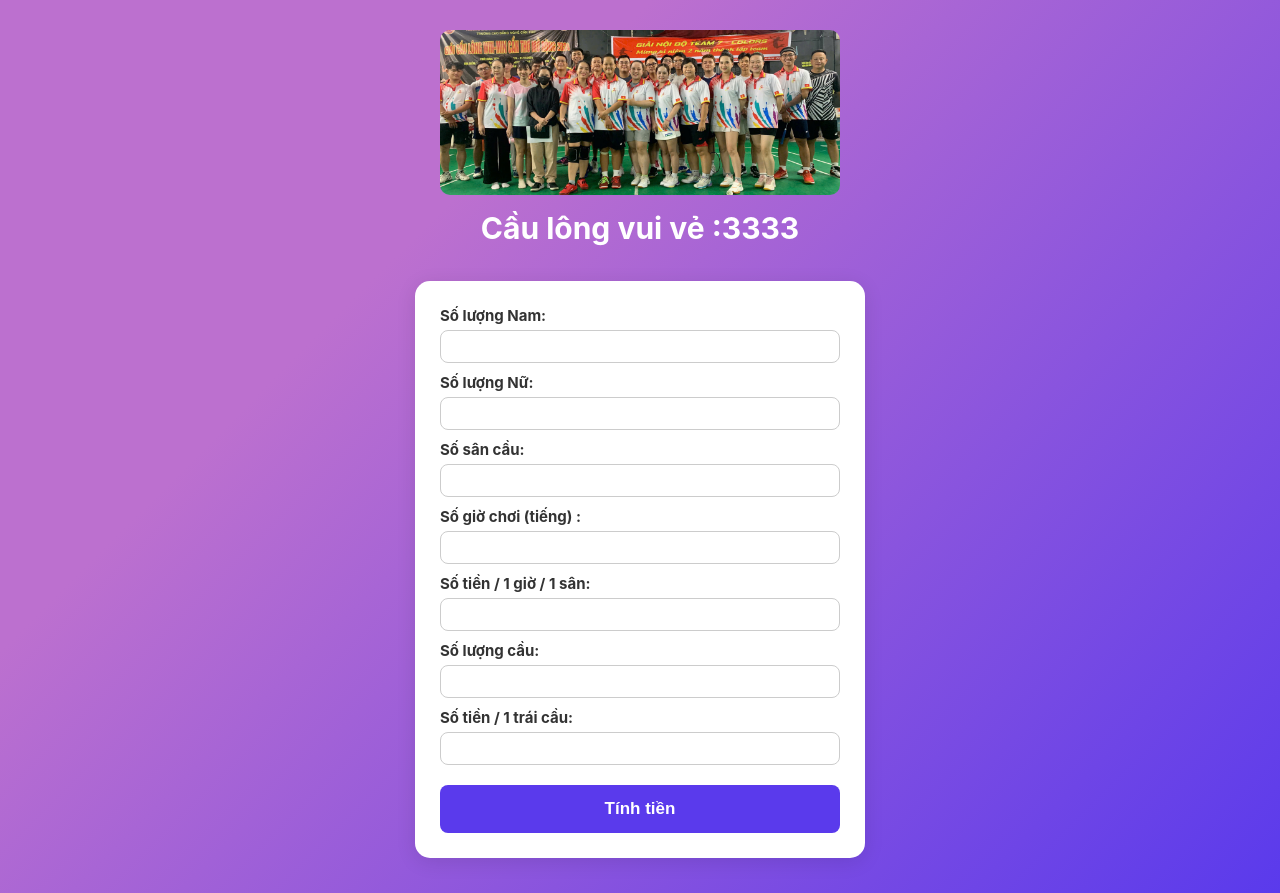
Repository: LuongPTCE181311/Badminton
Page: index.html
An editor plug-in stored every save of this project. The page is shown before and after the next save, followed by the edit.
The browser window is 1280 px wide. The pictures show the whole page.

Above is the page before, as saved 2025-12-08 01:00:20.

### index.html
<!DOCTYPE html>
<html lang="vi">

<head>
    <meta charset="UTF-8" />
    <meta name="viewport" content="width=device-width, initial-scale=1.0" />
    <title>Tính Tiền Sân Cầu Lông</title>
    <link rel="stylesheet" href="assets/css/style.css" />
</head>

<body>


    <div class="hero">
        <img src="assets/images/Caulongvuive.jpg" id="img" class="hero-img" alt="Group" />
        <h1 class="title">Cầu lông vui vẻ :3333</h1>
    </div>


    <div class="container">
        <form id="calcForm">


            <div class="form-group">
                <label>Số lượng Nam:</label>
                <input type="number" id="men" />
                <span class="error" id="men_err"></span>
            </div>


            <div class="form-group">
                <label>Số lượng Nữ:</label>
                <input type="number" id="women" />
                <span class="error" id="women_err"></span>
            </div>


            <div class="form-group">
                <label>Số sân cầu:</label>
                <input type="number" id="courts" />
                <span class="error" id="courts_err"></span>
            </div>


            <div class="form-group">
                <label>Số giờ chơi (tiếng) :</label>
                <input type="number" id="hours" />
                <span class="error" id="hours_err"></span>
            </div>


            <div class="form-group">
                <label>Số tiền / 1 giờ / 1 sân:</label>
                <input type="number" id="pricePerHour" />
                <span class="error" id="pricePerHour_err"></span>
            </div>


            <div class="form-group">
                <label>Số lượng cầu:</label>
                <input type="number" id="shuttleCount" />
                <span class="error" id="shuttleCount_err"></span>
            </div>


            <div class="form-group">
                <label>Số tiền / 1 trái cầu:</label>
                <input type="number" id="pricePerShuttle" />
                <span class="error" id="pricePerShuttle_err"></span>
            </div>


            <button type="button" id="calculateBtn" class="btn">Tính tiền</button>
        </form>
    </div>


    <div id="resultModal" class="modal hidden">
        <div class="modal-content">
            <h2>Kết Quả Tính Tiền</h2>
            <div id="result"></div>
            <button id="closeModal" class="close-btn">Đóng</button>
        </div>
    </div>


    <script src="assets/js/main.js"></script>
</body>

</html>

### assets/css/style.css
* {
  box-sizing: border-box;
}

body {
  margin: 0;
  padding: 10px;
  font-family: -apple-system, BlinkMacSystemFont, "Segoe UI", Roboto,
    "Helvetica Neue", Arial, sans-serif;
  background: linear-gradient(135deg, #bc70cf 30%, #5a3aec 100%);
  min-height: 100vh;
}

.hero {
  text-align: center;
  padding-top: 20px;
  max-width: 100%;
  overflow: hidden;
}

.hero-img {
  width: 100%;
  max-width: 400px;
  height: auto;
  display: block;
  margin: 0 auto 15px auto;
  border-radius: 10px;
  object-fit: cover;
}

.close-btn {
  padding: 12px;
  font-size: 15px;
  border-radius: 10px;
  width: 100%;
  margin-top: 3%;
  background-color: #bd5ad6;
  border: none;
  outline: none;
  color: white;
}

.title {
  font-size: clamp(24px, 5vw, 30px);
  font-weight: bold;
  color: white;
  margin: 10px 0;
  text-shadow: 2px 2px 4px rgba(0, 0, 0, 0 3);
  padding: 0 15px;
}

.container {
  width: calc(100% - 20px);
  max-width: 450px;
  margin: 25px auto;
  background-color: white;
  padding: 25px;
  border-radius: 15px;
  box-shadow: 0 4px 20px rgba(0, 0, 0, 0.1);
}

label {
  font-weight: 700;
  display: block;
  margin-bottom: 5px;
  font-size: 15px;
  color: #333;
}

input {
  width: 100%;
  padding: 8px 8px;
  background: white;
  border-radius: 8px;
  border: 1px solid #ccc;
  transition: 0.3s;
  -webkit-appearance: none;
  appearance: none;
}

input:focus {
  outline: none;
  border-color: #1e88e5;
  box-shadow: 0 0 0 3px rgba(30, 136, 229, 0.1);
}

input.error-border {
  border-color: #e53935 !important;
}

.error {
  font-size: 12px;
  color: #d84747;
  font-weight: 600;
  display: block;
  min-height: 10px;
}

.btn {
  width: 100%;
  padding: 14px;
  background: #5a3aec;
  color: white;
  font-size: 17px;
  font-weight: 600;
  border: none;
  border-radius: 8px;
  cursor: pointer;
  transition: background 0.3s, transform 0.1s;
  margin-top: 10px;
}

.btn:hover {
  background: #3c22b3;
}

.btn:active {
  transform: scale(0.98);
}

.modal {
  position: fixed;
  inset: 0;
  background: rgba(0, 0, 0, 0.5);
  display: flex;
  justify-content: center;
  align-items: center;
  z-index: 1000;
  padding: 20px;
}

.hidden {
  display: none !important;
}

.modal-content {
  background: white;
  padding: 25px;
  width: calc(100% - 40px);
  max-width: 400px;
  border-radius: 15px;
  text-align: left;
  box-shadow: 0 4px 15px rgba(0, 0, 0, 0.2);
  max-height: 90vh;
  overflow-y: auto;
}

.modal-content h2 {
  margin-top: 0;
  margin-bottom: 20px;
  text-align: center;
  color: #333;
  font-size: clamp(20px, 4vw, 24px);
}

#result {
  line-height: 1.8;
  font-size: 14px;
  color: #555;
}

#result b {
  color: #333;
}

. close-btn {
  margin-top: 20px;
  background: #e53935;
  color: white;
  padding: 12px;
  width: 100%;
  border: none;
  border-radius: 8px;
  cursor: pointer;
  font-size: 16px;
  font-weight: 600;
  transition: background 0.3s, transform 0.1s;
}

.close-btn:hover {
  background: #d32f2f;
}

. close-btn:active {
  transform: scale(0.98);
}

/* Tablet devices */
@media screen and (max-width: 768px) {
  body {
    padding: 10px;
  }

  . container {
    width: calc(100% - 20px);
    margin: 20px auto;
    padding: 20px;
  }

  . hero {
    padding: 15px 0;
  }

  .hero-img {
    max-width: 350px;
  }
}

/* Mobile devices */
@media screen and (max-width: 480px) {
  body {
    padding: 10px;
  }

  .container {
    width: calc(100% - 20px);
    margin: 0 auto;
    padding: 20px 15px;
    border-radius: 12px;
  }

  .hero {
    padding: 5px 0;
  }

  .hero-img {
    max-width: 100%;
    width: calc(100% - 20px);
    margin: 0 auto 10px auto;
  }

  .title {
    font-size: 22px;
    padding: 0 10px;
  }

  .error {
    font-size: 12px;
    color: #d84747;
    font-weight: 600;
    display: block;
    margin-top: 5px;
    min-height: 10px;
  }

  label {
    font-size: 14px;
  }

  input {
    width: 100%;
    padding: 9px;
    background: rgba(255, 255, 255, 0.6) !important;
    border-radius: 8px;
    border: 1px solid #ccc;
    transition: 0.3s;
    -webkit-appearance: none;
    appearance: none;
  }

  .btn {
    padding: 14px;
    font-size: 16px;
  }

  . modal {
    padding: 15px;
  }

  .modal-content {
    width: calc(100% - 30px);
    padding: 20px;
    border-radius: 12px;
  }

  .modal-content h2 {
    font-size: 20px;
    margin-bottom: 15px;
  }

  #result {
    font-size: 13px;
    line-height: 1.7;
  }

  .close-btn {
    padding: 12px;
    font-size: 15px;
    border-radius: 10px;
    width: 100%;
    margin-top: 3%;
    background-color: #bd5ad6;
    border: none;
    outline: none;
    color: white;
  }
}

/* Very small mobile devices */
@media screen and (max-width: 360px) {
  body {
    padding: 8px;
  }

  . container {
    width: calc(100% - 16px);
    padding: 15px 12px;
  }

  . title {
    font-size: 22px;
  }

  . hero-img {
    width: calc(100% - 16px);
  }

  input {
    width: 100%;
    padding: 12px;
    background: rgba(255, 255, 255, 0.6) !important;
    border-radius: 8px;
    border: 1px solid #ccc;
    transition: 0.3s;
    -webkit-appearance: none;
    appearance: none;
  }

  .btn {
    padding: 12px;
    font-size: 15px;
  }

  .modal-content {
    width: calc(100% - 24px);
    padding: 15px;
  }

  #result {
    font-size: 12px;
  }
}

/* Landscape orientation on mobile */
@media screen and (max-height: 600px) and (orientation: landscape) {
  body {
    padding: 5px;
  }

  . hero {
    padding: 5px 0;
  }

  .hero-img {
    max-width: 200px;
    max-height: 120px;
    margin-bottom: 5px;
  }

  .title {
    font-size: 18px;
    margin: 5px 0;
  }

  .container {
    margin: 10px auto;
    width: calc(100% - 10px);
    max-width: 600px;
  }

  . modal-content {
    max-height: 85vh;
  }
}

### assets/js/main.js
// ===================== VALIDATION =========================

function setError(id, message) {
  const input = document.getElementById(id);
  const err = document.getElementById(id + "_err");
  err.textContent = message;
  input.classList.add("error-border");
}

function clearError(id) {
  const input = document.getElementById(id);
  const err = document.getElementById(id + "_err");
  err.textContent = "";
  input.classList.remove("error-border");
}

function validateField(id) {
  const value = document.getElementById(id).value.trim();

  switch (id) {
    case "men":
    case "women":
      if (value === "" || isNaN(value) || parseInt(value) < 0) {
        setError(id, "Giá trị phải ≥ 0");
        return false;
      }
      const men = parseInt(document.getElementById("men").value) || 0;
      const women = parseInt(document.getElementById("women").value) || 0;
      if (men === 0 && women === 0) {
        setError(id, "Nam + Nữ phải ≥ 1");
        return false;
      }
      break;

    case "courts":
      if (value === "" || isNaN(value) || parseInt(value) <= 0) {
        setError(id, "Số sân phải > 0");
        return false;
      }
      break;

    case "hours":
      if (value === "" || isNaN(value) || parseFloat(value) <= 0) {
        setError(id, "Số giờ phải > 0 (cho phép thập phân)");
        return false;
      }
      break;

    case "pricePerHour":
      if (value === "" || isNaN(value) || parseInt(value) < 1000) {
        setError(id, "Tiền / giờ phải ≥ 1000đ");
        return false;
      }
      break;

    case "shuttleCount":
      if (value === "" || isNaN(value) || parseInt(value) <= 0) {
        setError(id, "Số lượng cầu phải > 0");
        return false;
      }
      break;

    case "pricePerShuttle":
      if (value === "" || isNaN(value) || parseInt(value) < 1000) {
        setError(id, "Tiền 1 trái cầu phải ≥ 1000đ");
        return false;
      }
      break;
  }

  clearError(id);
  return true;
}

[
  "men",
  "women",
  "courts",
  "hours",
  "pricePerHour",
  "shuttleCount",
  "pricePerShuttle",
].forEach((id) => {
  document.getElementById(id).addEventListener("input", () => {
    validateField(id);
    if (id === "men" || id === "women") {
      const otherId = id === "men" ? "women" : "men";
      validateField(otherId);
    }
  });
});

// ===================== MODAL =========================

function closeModal() {
  document.getElementById("resultModal").classList.add("hidden");
}

function openModal() {
  document.getElementById("resultModal").classList.remove("hidden");
}

document.getElementById("closeModal").addEventListener("click", closeModal);

function roundUpToThousand(num) {
  return Math.ceil(num / 1000) * 1000;
}

// ===================== THUẬT TOÁN TỐI ƯU =========================

function findOptimalSplit(total, men, women) {
  let bestSolution = null;
  let minDifference = Infinity;
  for (let targetDiff = 3000; targetDiff <= 5000; targetDiff += 1000) {
    let perWoman = (total - targetDiff * men) / (men + women);
    let perMan = perWoman + targetDiff;
    perWoman = roundUpToThousand(perWoman);
    perMan = roundUpToThousand(perMan);
    while (perMan - perWoman < 3000) {
      perMan += 1000;
    }
    while (perMan - perWoman > 5000) {
      perWoman += 1000;
    }
    let actualTotal = perMan * men + perWoman * women;
    while (actualTotal < total) {
      const option1Woman = perWoman + 1000;
      const option1Total = perMan * men + option1Woman * women;
      if (perMan - option1Woman < 3000) {
        perMan += 1000;
      }
      perWoman = option1Woman;
      actualTotal = perMan * men + perWoman * women;
    }
    const genderDiff = perMan - perWoman;
    if (genderDiff < 3000 || genderDiff > 5000) {
      continue;
    }
    const difference = actualTotal - total;
    if (difference < minDifference) {
      minDifference = difference;
      bestSolution = {
        perMan: perMan,
        perWoman: perWoman,
        actualTotal: actualTotal,
        genderDiff: genderDiff,
      };
    }
  }

  return bestSolution;
}

// ===================== CALCULATE =========================

document.getElementById("calculateBtn").addEventListener("click", function () {
  let ok = true;
  const ids = [
    "men",
    "women",
    "courts",
    "hours",
    "pricePerHour",
    "shuttleCount",
    "pricePerShuttle",
  ];

  ids.forEach((id) => {
    if (!validateField(id)) ok = false;
  });

  if (!ok) return;

  const men = parseInt(document.getElementById("men").value) || 0;
  const women = parseInt(document.getElementById("women").value) || 0;
  const courts = parseInt(document.getElementById("courts").value);
  const hours = parseFloat(document.getElementById("hours").value);
  const pHour = parseInt(document.getElementById("pricePerHour").value);
  const scount = parseInt(document.getElementById("shuttleCount").value);
  const pShut = parseInt(document.getElementById("pricePerShuttle").value);

  const courtCost = courts * hours * pHour;
  const shuttleCost = scount * pShut;
  const total = courtCost + shuttleCost;

  let perMan = 0,
    perWoman = 0,
    actualTotal = 0;

  if (men > 0 && women > 0) {
    const solution = findOptimalSplit(total, men, women);
    perMan = solution.perMan;
    perWoman = solution.perWoman;
    actualTotal = solution.actualTotal;

    document.getElementById("result").innerHTML = `
        <b>Chi tiết chi phí:</b><br>
        • Tiền sân: ${courts} sân × ${hours}h × ${pHour.toLocaleString(
      "vi-VN"
    )}đ = ${courtCost.toLocaleString("vi-VN")} VND<br>
        • Tiền cầu: ${scount} cầu × ${pShut.toLocaleString(
      "vi-VN"
    )}đ = ${shuttleCost.toLocaleString("vi-VN")} VND<br><br>

        <b>Tổng dự kiến:</b> ${total.toLocaleString("vi-VN")} VND<br>
        <b>Tổng thực tế:</b> ${actualTotal.toLocaleString("vi-VN")} VND<br>
        <b>Chênh lệch tổng:</b> +${(actualTotal - total).toLocaleString(
          "vi-VN"
        )} VND<br><br>

        <b>Tiền mỗi nam:</b> <b>${perMan.toLocaleString(
          "vi-VN"
        )} đ </b>(x${men})<br>
        <b>Tiền mỗi nữ:</b> <b>${perWoman.toLocaleString(
          "vi-VN"
        )} đ </b>(x${women})<br><br>

        <b>Chênh lệch Nam/Nữ:</b> ${(perMan - perWoman).toLocaleString(
          "vi-VN"
        )} đ
    `;
  } else if (men > 0) {
    perMan = roundUpToThousand(total / men);
    actualTotal = perMan * men;

    document.getElementById("result").innerHTML = `
        <b>Chi tiết chi phí:</b><br>
        • Tiền sân: ${courts} sân × ${hours}h × ${pHour.toLocaleString(
      "vi-VN"
    )}đ = ${courtCost.toLocaleString("vi-VN")} VND<br>
        • Tiền cầu: ${scount} cầu × ${pShut.toLocaleString(
      "vi-VN"
    )}đ = ${shuttleCost.toLocaleString("vi-VN")} VND<br><br>

        <b>Tổng dự kiến:</b> ${total.toLocaleString("vi-VN")} VND<br>
        <b>Tổng thực tế:</b> ${actualTotal.toLocaleString("vi-VN")} VND<br>
        <b>Chênh lệch:</b> +${(actualTotal - total).toLocaleString(
          "vi-VN"
        )} VND<br><br>

        <b>Tiền mỗi nam:</b> <b> ${perMan.toLocaleString(
          "vi-VN"
        )} đ </b>(x${men})
    `;
  } else {
    perWoman = roundUpToThousand(total / women);
    actualTotal = perWoman * women;

    document.getElementById("result").innerHTML = `
        <b>Chi tiết chi phí:</b><br>
        • Tiền sân: ${courts} sân × ${hours}h × ${pHour.toLocaleString(
      "vi-VN"
    )}đ = ${courtCost.toLocaleString("vi-VN")} VND<br>
        • Tiền cầu: ${scount} cầu × ${pShut.toLocaleString(
      "vi-VN"
    )}đ = ${shuttleCost.toLocaleString("vi-VN")} VND<br><br>

        <b>Tổng dự kiến:</b> ${total.toLocaleString("vi-VN")} VND<br>
        <b>Tổng thực tế:</b> ${actualTotal.toLocaleString("vi-VN")} VND<br>
        <b>Chênh lệch:</b> +${(actualTotal - total).toLocaleString(
          "vi-VN"
        )} VND<br><br>

        <b>Tiền mỗi nữ:</b> <b>${perWoman.toLocaleString(
          "vi-VN"
        )} đ</b> (x${women})
    `;
  }

  openModal();
});

After the next save:
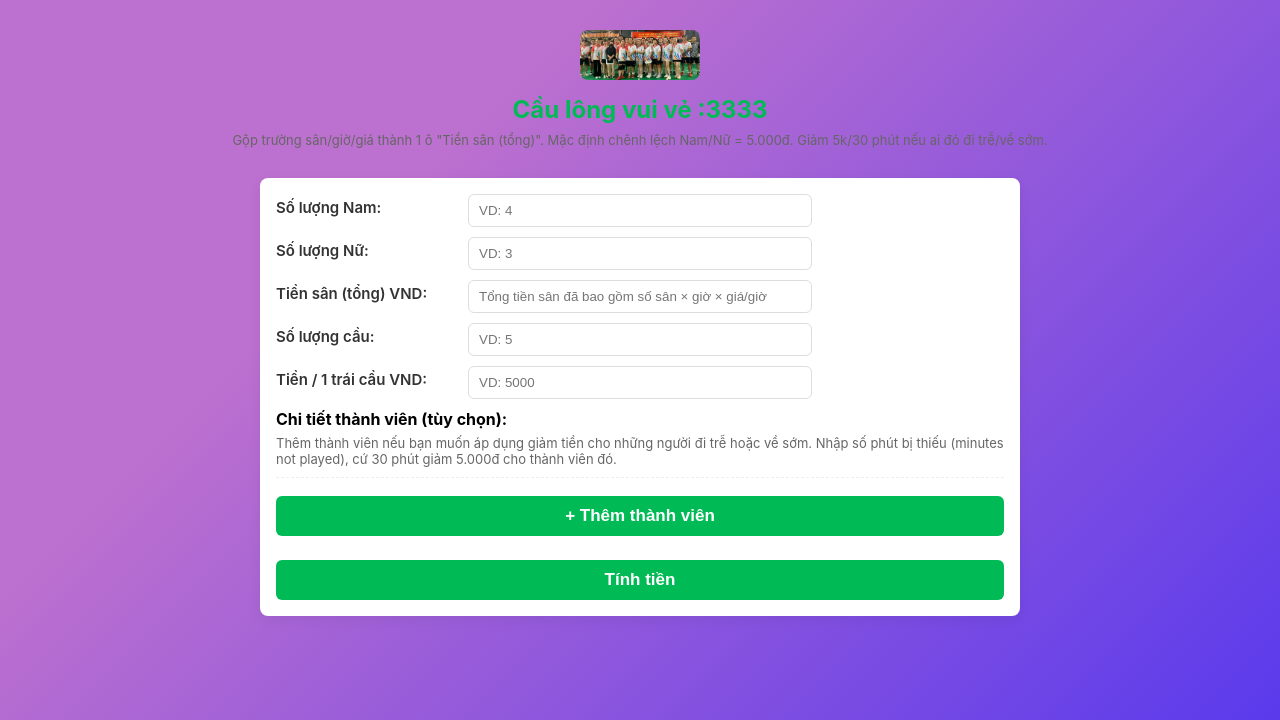
Console error: TypeError: Cannot read properties of null (reading 'addEventListener')
Saved 36 h 11 min later.
--- a/index.html
+++ b/index.html
@@ -2,89 +2,85 @@
 <html lang="vi">
 
 <head>
-    <meta charset="UTF-8" />
-    <meta name="viewport" content="width=device-width, initial-scale=1.0" />
-    <title>Tính Tiền Sân Cầu Lông</title>
-    <link rel="stylesheet" href="assets/css/style.css" />
+  <meta charset="UTF-8" />
+  <meta name="viewport" content="width=device-width, initial-scale=1.0" />
+  <title>Tính Tiền Sân Cầu Lông</title>
+  <link rel="stylesheet" href="assets/css/style.css" />
+  <style>
+    /* Nhẹ để giao diện thân thiện hơn (có thể bỏ vào style.css nếu muốn) */
+    .container { max-width:760px; margin:20px auto; padding:16px; background:#fff;border-radius:8px; box-shadow:0 4px 14px rgba(0,0,0,0.06); }
+    .hero { text-align:center; margin-bottom:12px; }
+    .title { margin:8px 0; font-size:24px; color:#0b5; }
+    .form-group { display:flex; gap:12px; align-items:center; margin-bottom:10px; flex-wrap:wrap; }
+    .form-group label { width:180px; font-weight:600; color:#333; }
+    .form-group input, .form-group select { flex:1; padding:8px 10px; border:1px solid #ddd; border-radius:6px; }
+    .note { font-size:13px; color:#666; margin-top:6px; margin-bottom:10px; }
+    .btn { background:#0b5; color:#fff; border:none; padding:10px 14px; border-radius:6px; cursor:pointer; font-weight:600; }
+    .member-list { margin-top:10px; border-top:1px dashed #eee; padding-top:10px; }
+    .member-row { display:flex; gap:8px; margin-bottom:8px; align-items:center; }
+    .member-row input, .member-row select { padding:6px 8px; border:1px solid #ddd; border-radius:6px; }
+    .small { width:110px; }
+    .remove-btn { background:#ff6b6b; color:#fff; border:none; padding:6px 8px; border-radius:6px; cursor:pointer; }
+    .result-box { margin-top:12px; background:#f9f9f9; padding:12px; border-radius:8px; }
+    .error { color:#d00; font-size:13px; margin-left:180px; display:block; }
+  </style>
 </head>
 
 <body>
+  <div class="hero">
+    <img src="assets/images/Caulongvuive.jpg" id="img" class="hero-img" alt="Group" style="max-width:120px;border-radius:8px;" />
+    <h1 class="title">Cầu lông vui vẻ :3333</h1>
+    <div class="note">Gộp trường sân/giờ/giá thành 1 ô "Tiền sân (tổng)". Mặc định chênh lệch Nam/Nữ = 5.000đ. Giảm 5k/30 phút nếu ai đó đi trễ/về sớm.</div>
+  </div>
 
+  <div class="container">
+    <form id="calcForm" onsubmit="return false;">
+      <div class="form-group">
+        <label>Số lượng Nam:</label>
+        <input type="number" id="men" min="0" placeholder="VD: 4" />
+        <span class="error" id="men_err"></span>
+      </div>
 
-    <div class="hero">
-        <img src="assets/images/Caulongvuive.jpg" id="img" class="hero-img" alt="Group" />
-        <h1 class="title">Cầu lông vui vẻ :3333</h1>
-    </div>
+      <div class="form-group">
+        <label>Số lượng Nữ:</label>
+        <input type="number" id="women" min="0" placeholder="VD: 3" />
+        <span class="error" id="women_err"></span>
+      </div>
 
+      <div class="form-group">
+        <label>Tiền sân (tổng) VND:</label>
+        <input type="number" id="courtTotal" min="0" placeholder="Tổng tiền sân đã bao gồm số sân × giờ × giá/giờ" />
+        <span class="error" id="courtTotal_err"></span>
+      </div>
 
-    <div class="container">
-        <form id="calcForm">
+      <div class="form-group">
+        <label>Số lượng cầu:</label>
+        <input type="number" id="shuttleCount" min="0" placeholder="VD: 5" />
+        <span class="error" id="shuttleCount_err"></span>
+      </div>
 
+      <div class="form-group">
+        <label>Tiền / 1 trái cầu VND:</label>
+        <input type="number" id="pricePerShuttle" min="0" placeholder="VD: 5000" />
+        <span class="error" id="pricePerShuttle_err"></span>
+      </div>
 
-            <div class="form-group">
-                <label>Số lượng Nam:</label>
-                <input type="number" id="men" />
-                <span class="error" id="men_err"></span>
-            </div>
+      <div style="margin-top:10px;">
+        <strong>Chi tiết thành viên (tùy chọn):</strong>
+        <div class="note">Thêm thành viên nếu bạn muốn áp dụng giảm tiền cho những người đi trễ hoặc về sớm. Nhập số phút bị thiếu (minutes not played), cứ 30 phút giảm 5.000đ cho thành viên đó.</div>
+        <div id="memberContainer" class="member-list"></div>
+        <button type="button" id="addMemberBtn" class="btn" style="margin-top:8px;">+ Thêm thành viên</button>
+      </div>
 
+      <div style="margin-top:14px;">
+        <button type="button" id="calculateBtn" class="btn">Tính tiền</button>
+      </div>
+    </form>
 
-            <div class="form-group">
-                <label>Số lượng Nữ:</label>
-                <input type="number" id="women" />
-                <span class="error" id="women_err"></span>
-            </div>
+    <div id="result" class="result-box" style="display:none;"></div>
+  </div>
 
-
-            <div class="form-group">
-                <label>Số sân cầu:</label>
-                <input type="number" id="courts" />
-                <span class="error" id="courts_err"></span>
-            </div>
-
-
-            <div class="form-group">
-                <label>Số giờ chơi (tiếng) :</label>
-                <input type="number" id="hours" />
-                <span class="error" id="hours_err"></span>
-            </div>
-
-
-            <div class="form-group">
-                <label>Số tiền / 1 giờ / 1 sân:</label>
-                <input type="number" id="pricePerHour" />
-                <span class="error" id="pricePerHour_err"></span>
-            </div>
-
-
-            <div class="form-group">
-                <label>Số lượng cầu:</label>
-                <input type="number" id="shuttleCount" />
-                <span class="error" id="shuttleCount_err"></span>
-            </div>
-
-
-            <div class="form-group">
-                <label>Số tiền / 1 trái cầu:</label>
-                <input type="number" id="pricePerShuttle" />
-                <span class="error" id="pricePerShuttle_err"></span>
-            </div>
-
-
-            <button type="button" id="calculateBtn" class="btn">Tính tiền</button>
-        </form>
-    </div>
-
-
-    <div id="resultModal" class="modal hidden">
-        <div class="modal-content">
-            <h2>Kết Quả Tính Tiền</h2>
-            <div id="result"></div>
-            <button id="closeModal" class="close-btn">Đóng</button>
-        </div>
-    </div>
-
-
-    <script src="assets/js/main.js"></script>
+  <script src="assets/js/main.js"></script>
 </body>
 
 </html>
